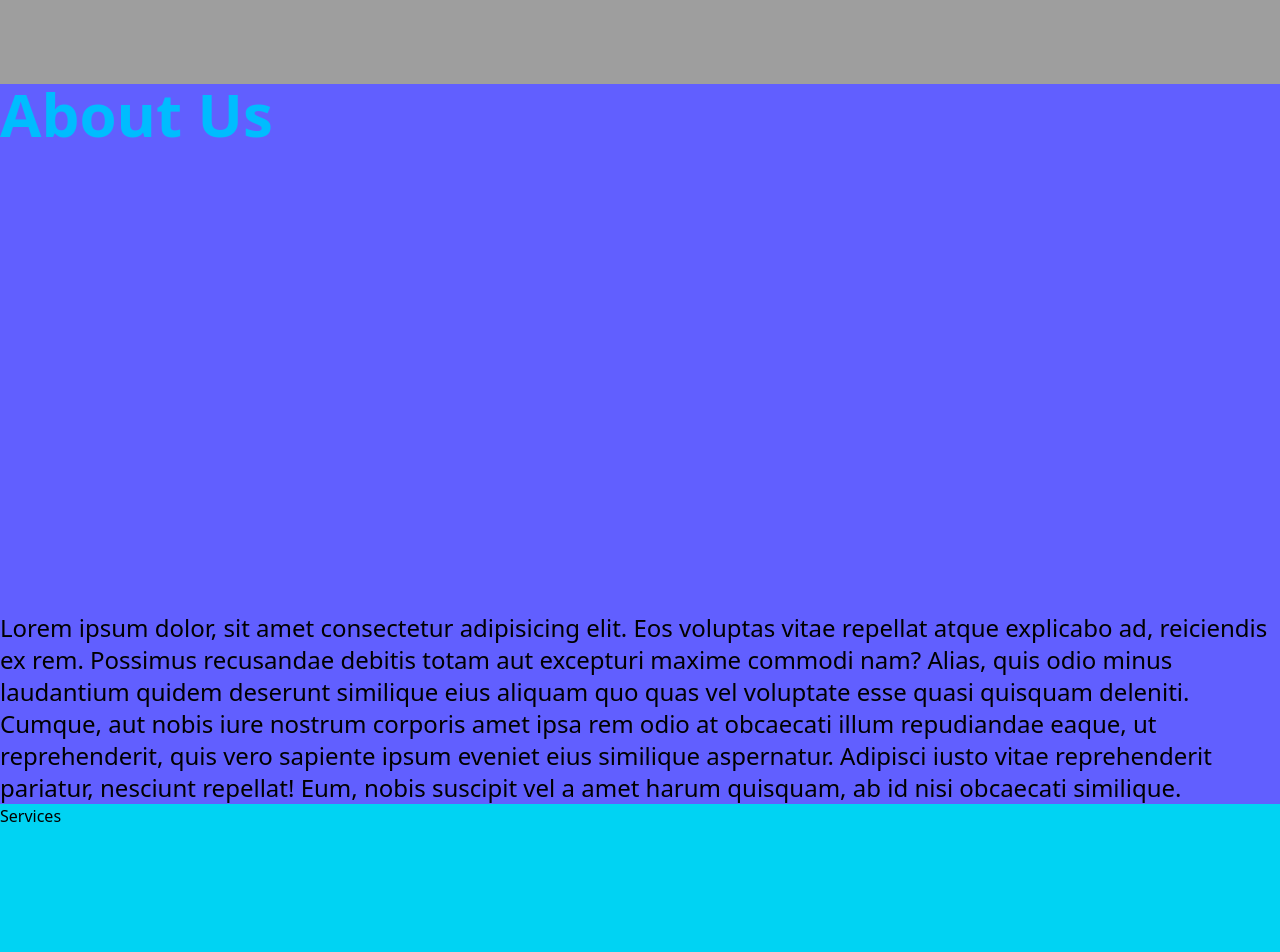
Repository: ajay-maurya-dev/Login
Page: /
The author's editor kept a copy of each file at every save. The page is drawn from the files as they stood at one save, then again after the next save.
The browser window is 1280 px wide. The pictures show the part of the page from y = 636 to 1588 px (the page is 2880 px tall).
Pictures or frames that could not be fetched are drawn as grey boxes. Backgrounds fixed to the window are drawn as part of the page. The project was rebuilt for these pictures with package versions that can differ from the ones it lists, and the page was loaded fresh each time. Also part of the build but not shown: vite.config.js.

Above is the page before, as saved 2026-10-24 23:40:07.

After the next save:
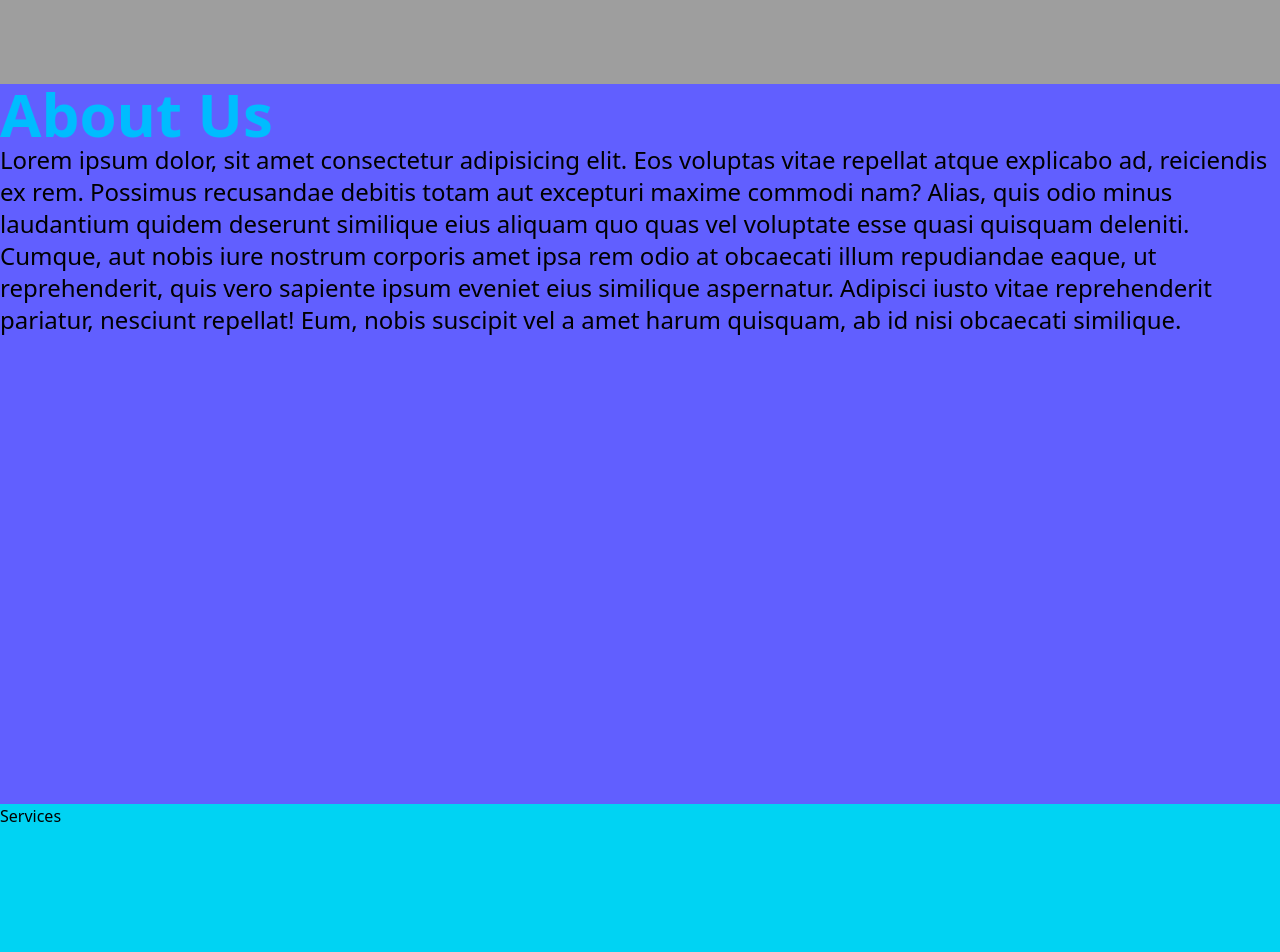
Saved 11 s later.
--- a/src/components/About.jsx
+++ b/src/components/About.jsx
@@ -3,7 +3,7 @@
 function About() {
   return (
     <div className="w-full min-h-screen bg-indigo-500 z-10 text-2xl dark:bg-black dark:text-white bg-fixed flex flex-col">
-        <h4 className="text-6xl font-extrabold text-sky-400 flex-1">About Us</h4>
+        <h4 className="text-6xl font-extrabold text-sky-400">About Us</h4>
         <div className="">
         <p className="">Lorem ipsum dolor, sit amet consectetur adipisicing elit. Eos voluptas vitae repellat atque explicabo ad, reiciendis ex rem. Possimus recusandae debitis totam aut excepturi maxime commodi nam? Alias, quis odio minus laudantium quidem deserunt similique eius aliquam quo quas vel voluptate esse quasi quisquam deleniti. Cumque, aut nobis iure nostrum corporis amet ipsa rem odio at obcaecati illum repudiandae eaque, ut reprehenderit, quis vero sapiente ipsum eveniet eius similique aspernatur. Adipisci iusto vitae reprehenderit pariatur, nesciunt repellat! Eum, nobis suscipit vel a amet harum quisquam, ab id nisi obcaecati similique.</p>
         </div>
